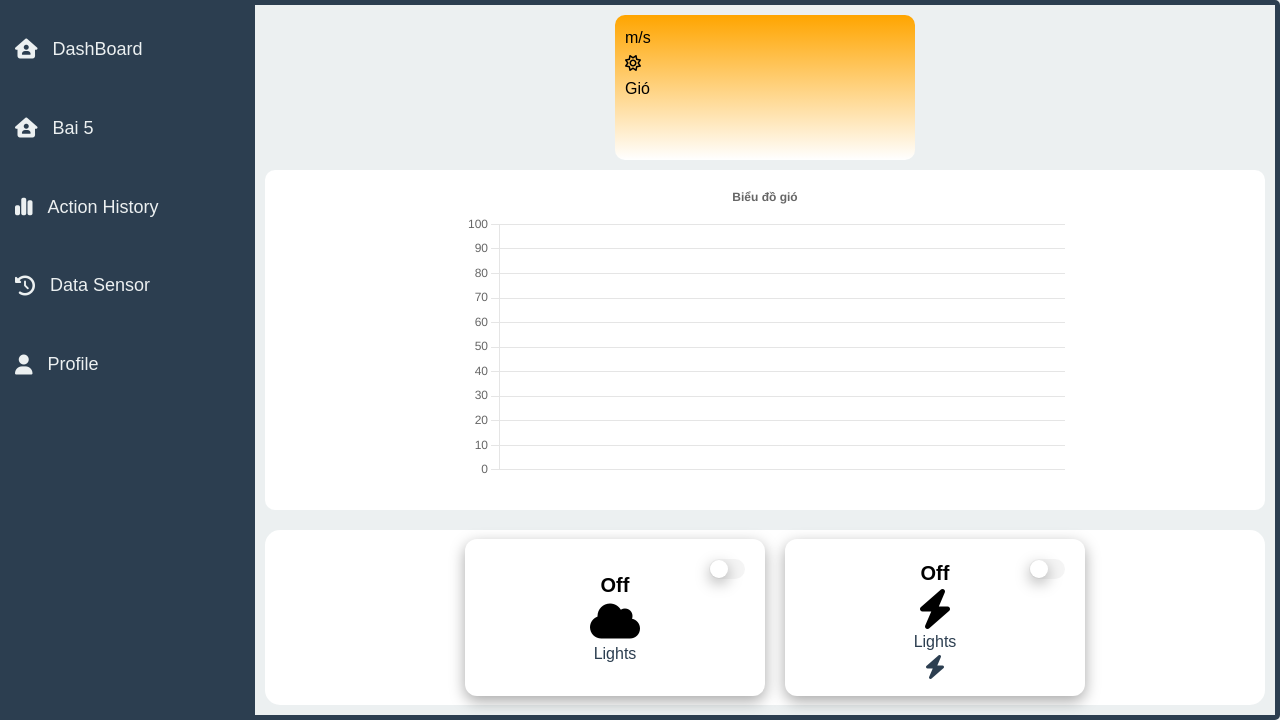
Repository: duongnoob23/duyyyy
Page: /bai5 (app in iot/)
The author's editor kept a copy of each file at every save. The page is drawn from the files as they stood at one save, then again after the next save.
The browser window is 1280 px wide. The page is 1285 px wide, so the pictures cover 1285 px, including what lies to the right of the window. The pictures show the whole page.
The page's requests for data from a server got no answer. Some web libraries are served in a nearby version. The project was rebuilt for these pictures with package versions that can differ from the ones it lists, and the page was loaded fresh each time. No one was signed in, and anything a server would have sent is missing. Also part of the build but not shown: iot/src/App.css, iot/src/Components/Doughnut/GaugeChart.js, iot/src/Components/LineChart/LineChartECharts.js, iot/src/Pages/Home/Home.js, iot/src/Pages/DataLogs/DataLogs.js, iot/src/Pages/Profile/Profile.css, iot/src/Pages/Profile/Profile.js, iot/src/Pages/Action/Action.js and 1 more.

Above is the page before, as saved 2024-12-02 21:47:46.

After the next save:
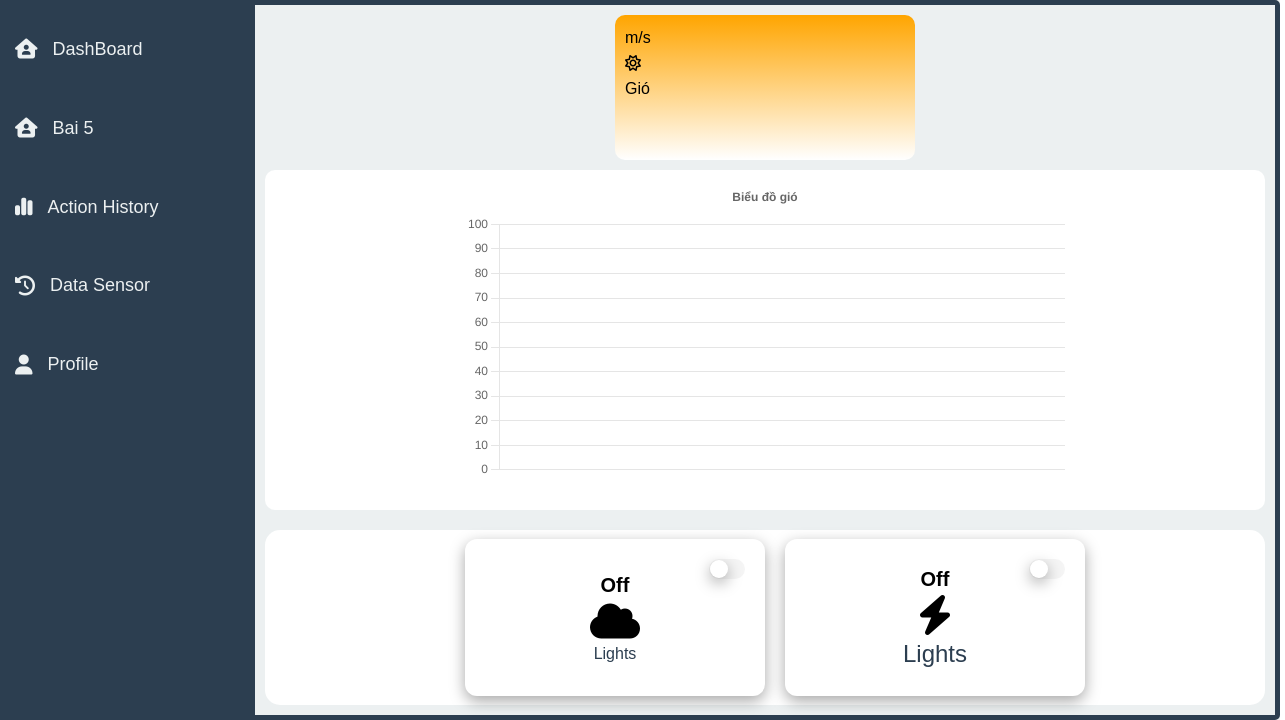
Saved 10 s later.
--- a/iot/src/Pages/Bai5/Bai5.js
+++ b/iot/src/Pages/Bai5/Bai5.js
@@ -120,8 +120,7 @@ function Bai5(){
 
                                 <div className="on-off">{turnOn4 ? "On" : "Off"}</div>
                                 <i className={turnOn4 ? "fa-solid fa-bolt control-light show" : "fa-solid fa-bolt control-light"}></i>
-                                     <div className="light">Lights</div>
-                                     <i class="fa-solid fa-bolt"></i>
+                                     <div className="text">Lights</div>
                             </li>
                         </ul>
                     </div>
